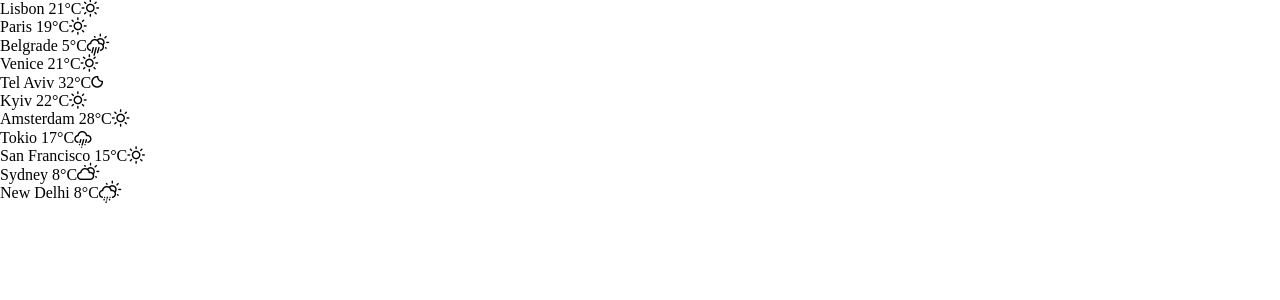
Repository: shpakovskaya/github.io
Page: boxsizing/weatherforecast/index.html
These files come from the project's save history. The page is drawn as it stood at one moment and after the next save; the edit follows.
The browser window is 1280 px wide. The pictures show the whole page.

Above is the page before, as saved 2021-11-27 20:07:21.

### boxsizing/weatherforecast/index.html
<!DOCTYPE html>
<html lang="en">
  <head>
    <meta charset="UTF-8" />
    <meta http-equiv="X-UA-Compatible" content="IE=edge" />
    <meta name="viewport" content="width=device-width, initial-scale=1.0" />
    <link
      rel="stylesheet"
      href="https://cdnjs.cloudflare.com/ajax/libs/normalize/8.0.1/normalize.min.css"
      integrity="sha512-NhSC1YmyruXifcj/KFRWoC561YpHpc5Jtzgvbuzx5VozKpWvQ+4nXhPdFgmx8xqexRcpAglTj9sIBWINXa8x5w=="
      crossorigin="anonymous"
      referrerpolicy="no-referrer"
    />
    <link
      rel="stylesheet"
      href="./icons/weather-icons-master/css/weather-icons.min.css"
    />
    <link rel="stylesheet" href="./style.css" />

    <link
      rel="shortcut icon"
      href="./premium-icon-satellite-6129641.ico"
      type="image/x-icon"
    />
    <title>Weatherforecast</title>
  </head>
  <body>
    <div class="conteiner">
      <!-- Main content -->
      <div class="items__wrapper">
        <ul class="c-items__wrapper">
          <li class="e-item">Lisbon 21&degC<i class="wi wi-day-sunny"></i></li>
          <li class="e-item">Paris 19&degC<i class="wi wi-day-sunny"></i></li>
          <li class="e-item">Belgrade 5&degC<i class="wi wi-day-rain"></i></li>
          <li class="e-item">Venice 21&degC<i class="wi wi-day-sunny"></i></li>
          <li class="e-item">
            Tel Aviv 32&degC<i class="wi wi-night-clear"></i>
          </li>
          <li class="e-item">Kyiv 22&degC<i class="wi wi-day-sunny"></i></li>
          <li class="e-item">
            Amsterdam 28&degC<i class="wi wi-day-sunny"></i>
          </li>
          <li class="e-item">Tokio 17&degC<i class="wi wi-hail"></i></li>
          <li class="e-item">
            San Francisco 15&degC<i class="wi wi-day-sunny"></i>
          </li>
          <li class="e-item">Sydney 8&degC<i class="wi wi-day-cloudy"></i></li>
          <li class="e-item">
            New Delhi 8&degC<i class="wi wi-day-sleet"></i>
          </li>
        </ul>
      </div>
    </div>
  </body>
</html>

### boxsizing/weatherforecast/style.css
* {
  box-sizing: border-box;
  margin: 0;
  padding: 0;
}

.conteiner {
  width: 100%;
  max-width: 832px;
  max-height: 547px;
  border: 16px, 14px, 17px, 13px, solid, #2b81ac;
}

Loaded but not shown: boxsizing/weatherforecast/icons/weather-icons-master/css/weather-icons.min.css (library)

After the next save:
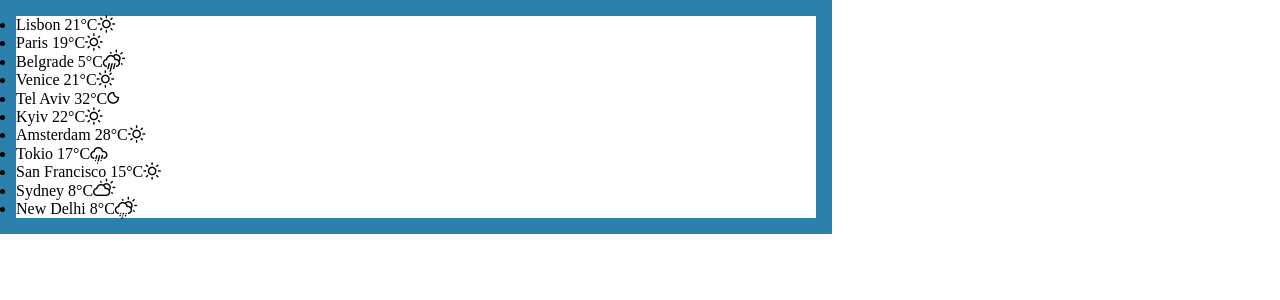
Saved 75 s later.
--- a/boxsizing/weatherforecast/style.css
+++ b/boxsizing/weatherforecast/style.css
@@ -8,5 +8,5 @@
   width: 100%;
   max-width: 832px;
   max-height: 547px;
-  border: 16px, 14px, 17px, 13px, solid, #2b81ac;
+  border: 16px solid, #2b81ac;
 }
